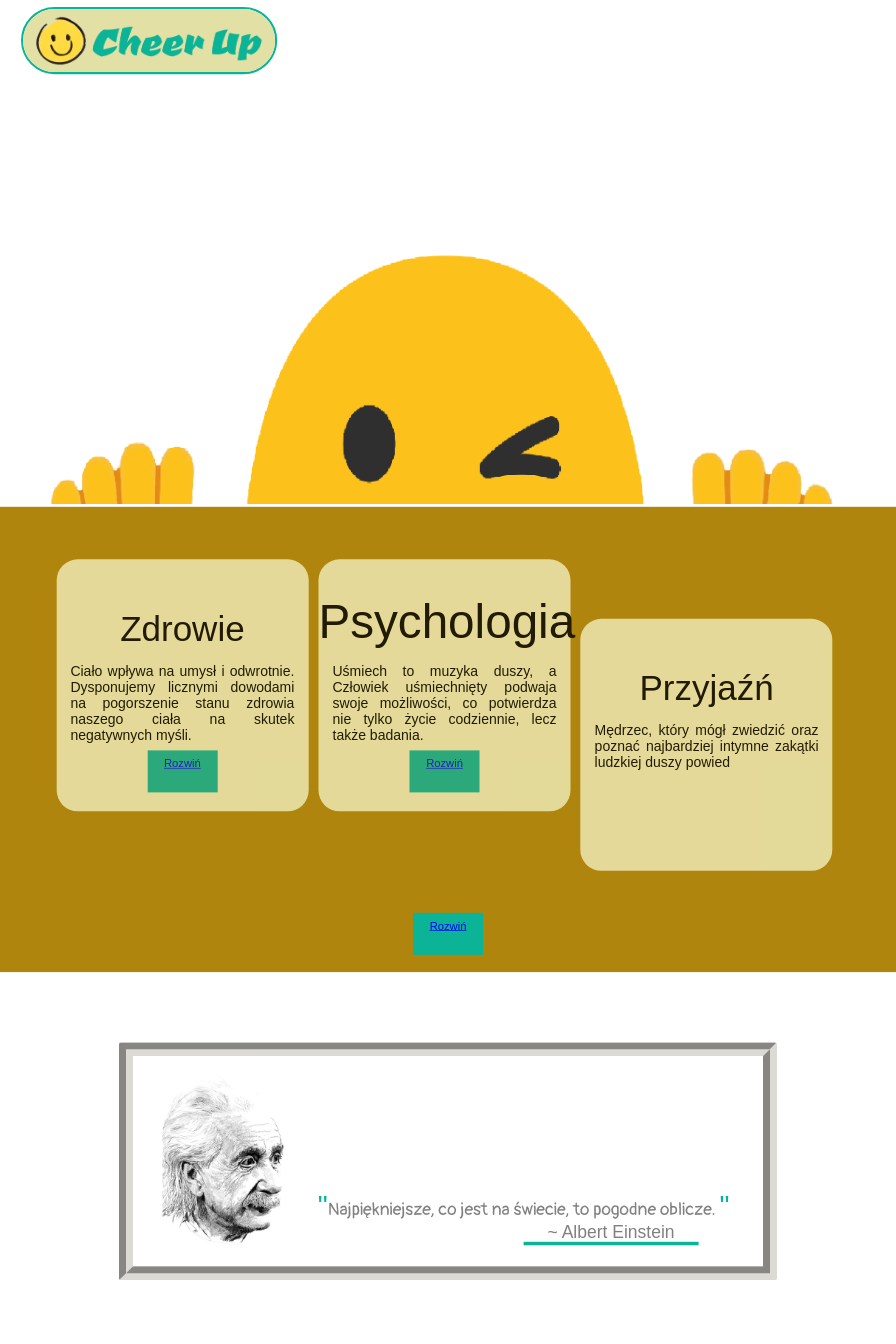
Repository: addstaw/moja-strona
Page: index.html
The author's editor kept a copy of each file at every save. The page is drawn from the files as they stood at one save, then again after the next save.
The browser window is 1280 px wide. The pictures show the part of the page from y = 0 to 1920 px (the page is 3939 px tall), at 70% of full size.
Some web fonts or font styles are not loaded; a fallback is used.

Above is the page before, as saved 2020-05-21 21:39:25.

### index.html
<!DOCTYPE html>
<html lang="pl">
    <head>
        <meta charset="utf-8"/>
        <title> Cheer Up</title>
        <link rel="shortcut icon" href="png/logo1.png" type="image/x-icon" />
        <meta name="description" content="Uśmiech to coś więcej niż prosty wyraz emocji. To nasza dusza wypuszczona na zewnątrz."/>
        <meta name="keywords" content="uśmiech, szczęście"/>
        <meta http-equiv="X-UA-Compatible" content="IE=edge, chrome=1"/>
        <link rel="stylesheet" href="css/style8.css" type="text/css"/>
        <link href="https://fonts.googleapis.com/css2?family=Ceviche+One&display=swap" rel="stylesheet">
        <link href="https://fonts.googleapis.com/css2?family=Pangolin&display=swap" rel="stylesheet">
    <body>
        <div id="maincontainer">
            <herder>
                <div id="header">
                    <nav>
                        <span><img id="logo" src="png/header.png" width=360" height="90"/></span>
                    </nav>
                </div>
            </header>

            <div id="pause">

            </div>
            <section>
                <img id="emoticon" src="png/page4.png" width=100%" />
            </section>
        </div>
    <article>
            <div class="content">
                <div id="container">
                    <div id="introduce">
                        <header><div class="headerIntroduce">Zdrowie</div></header>
                        <article><div class="contentIntroduce">
                            Ciało wpływa na umysł i odwrotnie. Dysponujemy licznymi dowodami na pogorszenie stanu zdrowia naszego ciała na skutek negatywnych myśli.
                        </div>
                        <a href="zdrowie.html"> <div class="button">Rozwiń</div></a>
                    </article>
                    </div>
                    <div id="introduce">
                        <header><div class="headerIntroduce" id="mainHeaderIntroduce">Psychologia</div></header>
                        <article><div class="contentIntroduce">
                            Uśmiech to muzyka duszy, a Człowiek uśmiechnięty podwaja swoje możliwości, co potwierdza nie tylko życie codziennie,
                             lecz także badania.
                        </div>
                        <a href="psychlogia.html"> <div class="button">Rozwiń</div></a>
                    </article>
                    </div>
                    <div id="introduce">
                        <header><div class="headerIntroduce">Przyjaźń</div></header>
                        <article><div class="contentIntroduce">
                            Mędrzec, który mógł zwiedzić oraz poznać najbardziej intymne zakątki ludzkiej duszy powied
                            </div>
                        </div>
                      <a href="przyjazn.html"> <div class="button">Rozwiń</div></a>
                    </article>
                    </div>
                </div>
            </div>
    </article>
    <section>
        <div id="white">
            <article>
                <section>
                    <div class="quoteElement">
                        <img src="png/unnamed.jpg" height="90%" class="statue"/>
                        <div class="quote">
                            <div class="quotationaMarks">"</div>Najpiękniejsze, co jest na świecie, to pogodne oblicze. <div class="quotationaMarks">"</div><br/>
                              <div class="name">~ Albert Einstein</div> <br/> <br/> </div></div>
                </section>
                <section>
                    <div class="quoteElement">
                       <div class="quote">
                            <div class="quotationaMarks">"</div>Najlepszy spośób, by sie rozweselić,<br/>to spróbować rozweselić kogoś innego.<div class="quotationaMarks">"</div> <br/>
                            <div class="name"><br/> ~ Mark Twain </div><br/> <br/> </div>
                        <img src="png/mark-twain-png-samuel-clemens-400.png" height="85%" class="statue"/></div>
                </section>
                <section>
                    <div class="quoteElement">
                        <img src="png/arystoteles.png" height="80%" class="statue"/>
                      <div class="quote"><div class="quotationaMarks">"</div>Śmiech jest ćwiczeniem fizycznym<br/> wielce dla zdrowia korzystnym.<div class="quotationaMarks">"</div> <br/>
                      <div class="name"><br/>~ Arystoteles</div> <br/> <br/> </div></div>
                </section>
                <section>
                    <div class="quoteElement">
                       <div class="quote"><div class="quotationaMarks">"</div>Ludzie są na tyle szczęśliwi na ile sobie pozwolą.<div class="quotationaMarks">"</div> <br/>
                       <div class="name" :last-child><br/>~ Abraham Lincoln</div> <br/> <br/> </div>
                        <img src="png/lincoln2.png" height="80%" class="statue"/></div>
                </section>
            </article>
        </div>
    </section>
    <footer>
        <div id="footer">
            Pozdrawiam i życzę miłego dnia
        </div>
    </footer>
    </body>
</html>

### css/style8.css
*{
    margin: 0px;
    font-family: sans-serif;
}
/*maincontaine*/
    #maincontainer{
        text-align: center;
    }
    #header{
        margin-right: 1500px;
    }
    #pause{
        /*height: calc(103vh - 80vw); first version*/
        height: calc(100vh - 110px - 100vw * (536/1919));
    }
    #logo{
        border-radius: 75px;
        border: 3px solid #0bb397;
        margin-left: 30px;
        margin-top: 10px;
        position: relative;

    }
/*Introduce*/
    .content{
        background-color: #b0850e;
        width: 100%;
        text-align: center;
        padding: 25px 0;
    }
        .headerIntroduce{
            font-size: 50px;
            margin-top: 50px;
            margin-bottom: 20px;
            padding-top: 20px;
        }
            #mainHeaderIntroduce{
                font-size: 68px;
                padding-top: 0;
             }
        .contentIntroduce{
            font-size: 20px;
            text-align: justify;
            padding: 0 20px ;
        }

    #introduce{
        width: 50vh;
        height: 50vh;
        background-color: #f1efbb;
        margin-top: 50px;
        margin-bottom: 50px;
        margin-right: 10px;
        display: inline-block;
        border-radius: 30px;
        opacity: 80%;
    }
    #introduce:hover{
        width: calc(50vh - 10px);
        height: calc(50vh - 10px);
        background-color: #f1efbb;/*#e3e0a6;*/
        margin-top: 45px;
        margin-bottom: 45px;
        margin-right: 10px;
        display: inline-block;
        border-radius: 30px;
        border: solid 5px #0bb397;
        opacity: 100%;
        transition: 0.25s;
    }
    .button{
        text-decoration: none;
        margin-top: 10px;
        width: 100px;
        height: 50px;
        background-color: #0bb397;
        margin-left: auto;
        margin-right: auto;
        padding-top: 10px;
    }
/* Quotes */
#white{
    background-color: #fff;
    text-align: center;
    padding: 50px 0;
}
    .quoteElement{
        width: 900px;
        height: 300px;
        background-color: #fff;
        margin: 50px 0;
        display: inline-block;
        border: 20px groove #dbdad5;
        border-radius: 3px;
    }
        .quote{
            font-family: 'Pangolin', cursive;
            color: gray;
            font-size: 25px;
            width: 600px;
            margin-bottom: 100px;
            word-wrap: break-word;
            display: inline-block;
        }
            .name{
                border-bottom: 5px solid #0bb397;
                width: 250px;
                float: right;
                margin-right: 50px;
            }
            .quotationaMarks{
                clear: both;
                display: inline-block;
                color: #0bb397;
                font-size: 40px;
            }
        .statue{
            padding-top: 20px;
        }
#footer{
    height: 500px;
    background-color: #0bb397;
    font-size: 100px;
    padding-top: 190px;
    color: #fff;
    text-align: center;

}

After the next save:
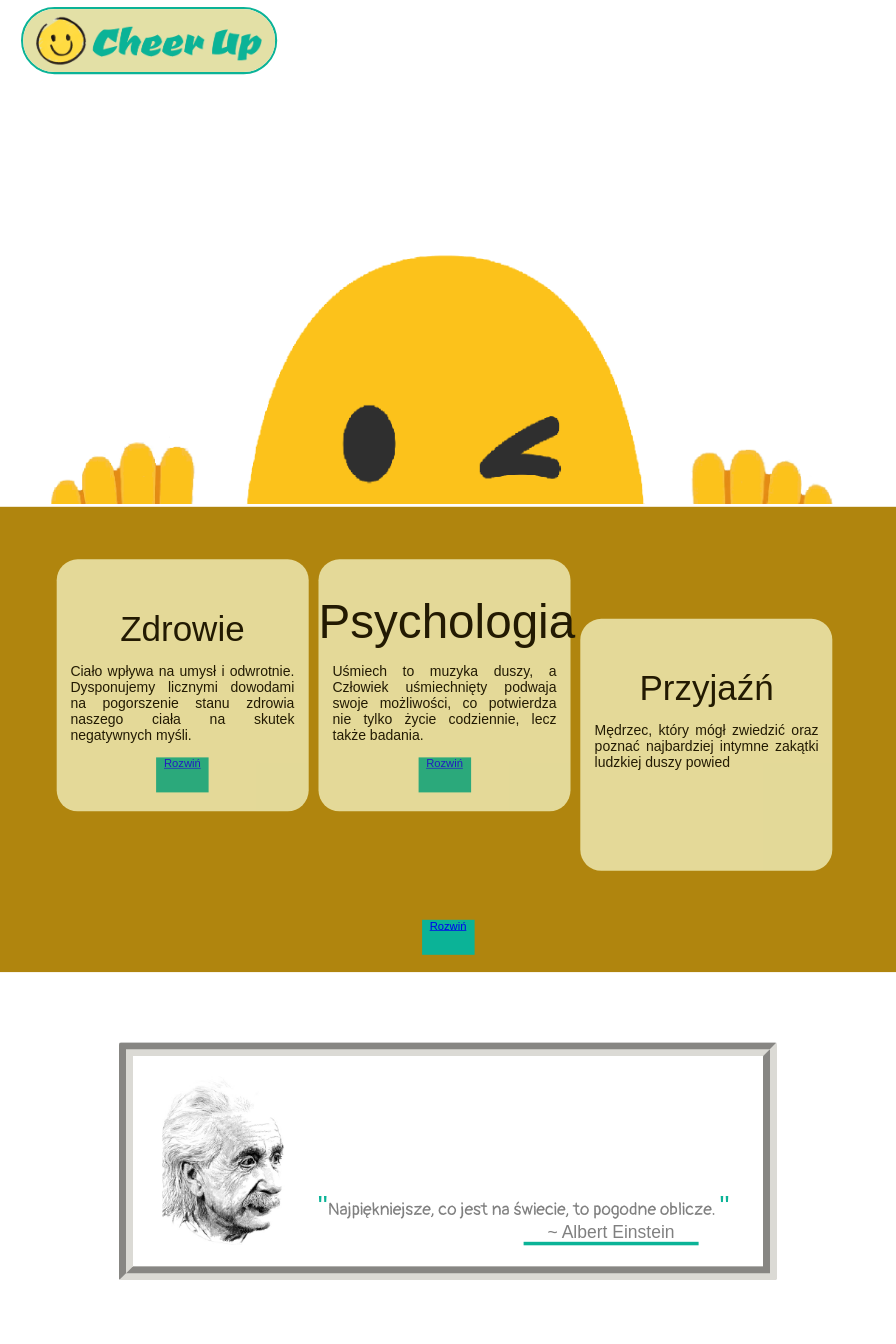
Saved 14 s later.
--- a/css/style8.css
+++ b/css/style8.css
@@ -70,13 +70,12 @@
     }
     .button{
         text-decoration: none;
-        margin-top: 10px;
-        width: 100px;
+        margin-top: 20px;
+        width: 75px;
         height: 50px;
         background-color: #0bb397;
         margin-left: auto;
         margin-right: auto;
-        padding-top: 10px;
     }
 /* Quotes */
 #white{
